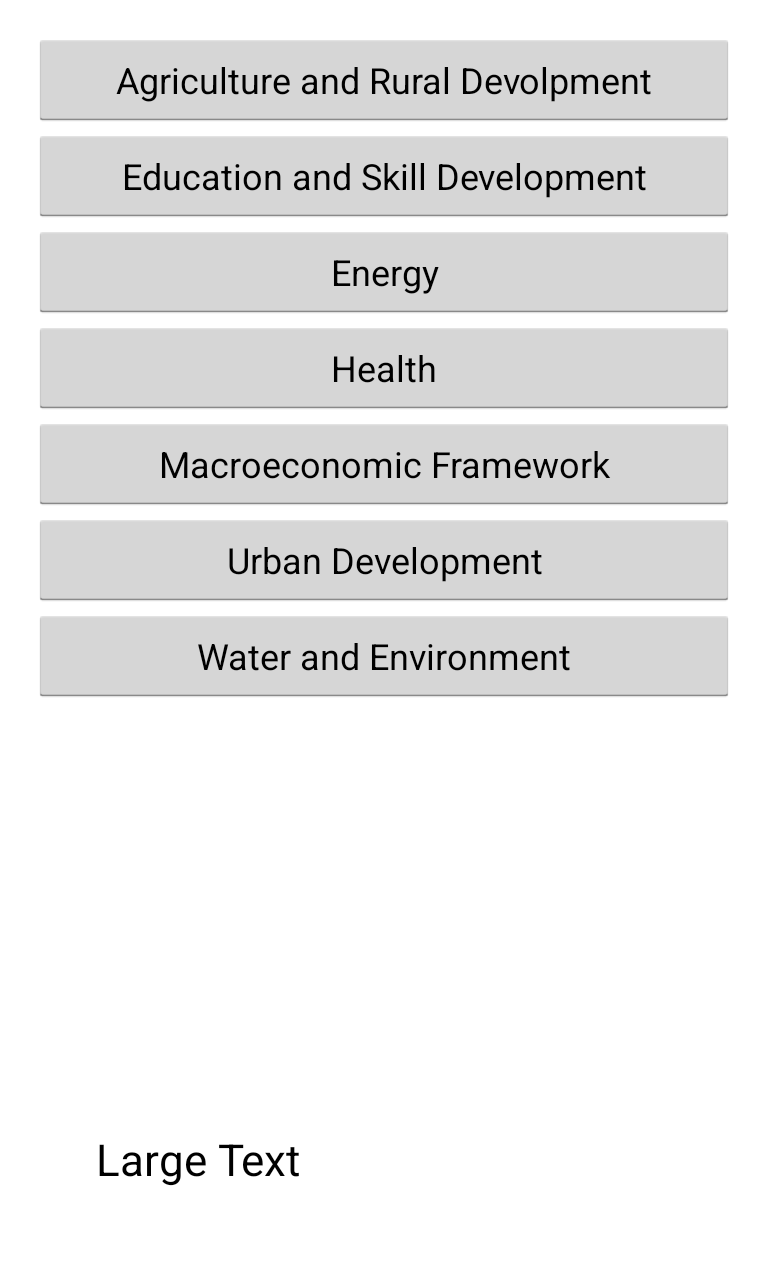
Repository: monisjaved/CalcAndroid
Layout: Main/res/layout/main.xml
The author's editor kept a copy of each file at every save. The layout is drawn from the files as they stood at one save, then again after the next save.
It is drawn on a 768 x 1280 px phone screen (xhdpi) without system bars, with theme AppTheme; the app's code is not run.

Above is the layout before, as saved 2013-04-06 22:24:24.

### Main/res/layout/main.xml
<RelativeLayout xmlns:android="http://schemas.android.com/apk/res/android"
    xmlns:tools="http://schemas.android.com/tools"
     android:layout_width="fill_parent"
    android:layout_height="fill_parent"
    android:paddingBottom="@dimen/activity_vertical_margin"
    android:paddingLeft="@dimen/activity_horizontal_margin"
    android:paddingRight="@dimen/activity_horizontal_margin"
    android:paddingTop="@dimen/activity_vertical_margin"
    tools:context=".Main" >

    <Button android:id="@+id/button1"
        android:layout_width="match_parent"
        android:layout_height="wrap_content"
        android:layout_centerHorizontal="true"
        android:text="@string/button1" >
    </Button>

    <Button android:id="@+id/button2"
        android:layout_width="match_parent"
        android:layout_height="wrap_content"
        android:layout_below="@+id/button1"
        android:layout_centerHorizontal="true"
        android:text="@string/button2" >
    </Button>

    <Button android:id="@+id/button3"
        android:layout_width="match_parent"
        android:layout_height="wrap_content"
        android:layout_alignRight="@+id/button2"
        android:layout_below="@+id/button2"
        android:text="@string/button3" >
    </Button>

    <Button android:id="@+id/button4"
        android:layout_width="match_parent"
        android:layout_height="wrap_content"
        android:layout_alignRight="@+id/button3"
        android:layout_below="@+id/button3"
        android:text="@string/button4" >
    </Button>

    <Button android:id="@+id/button5"
        android:layout_width="match_parent"
        android:layout_height="wrap_content"
        android:layout_alignLeft="@+id/button4"
        android:layout_below="@+id/button4"
        android:text="@string/button5" >
    </Button>

    <Button android:id="@+id/button6"
        android:layout_width="match_parent"
        android:layout_height="wrap_content"
        android:layout_alignLeft="@+id/button5"
        android:layout_below="@+id/button5"
        android:text="@string/button6" >
    </Button>

    <Button
        android:id="@+id/button7"
        android:layout_width="match_parent"
        android:layout_height="wrap_content"
        android:layout_alignRight="@+id/button6"
        android:layout_below="@+id/button6"
        android:text="@string/button7" >
    </Button>

    <TextView
        android:id="@+id/textView1"
        android:layout_width="wrap_content"
        android:layout_height="wrap_content"
        android:layout_alignLeft="@+id/button7"
        android:layout_alignParentBottom="true"
        android:layout_marginBottom="30dp"
        android:layout_marginLeft="32dp"
        android:text="Large Text"
        android:textAppearance="?android:attr/textAppearanceLarge" />

</RelativeLayout>

### Main/res/values/strings.xml
<?xml version="1.0" encoding="utf-8"?>
<resources>
    <string name="menu_settings">Hello World</string>
    <string name="hello">Hello World, MyActivity!</string>
    <string name="button1">Agriculture and Rural Devolpment</string>
    <string name="button2">Education and Skill Development</string>
    <string name="button3">Energy</string>
    <string name="app_name">Awaaz</string>
	<string name="button4">Health</string>
	<string name="button5">Macroeconomic Framework</string>
	<string name="button6">Urban Development</string>
	<string name="button7">Water and Environment</string>
</resources>

Loaded but not shown: Main/res/values/styles.xml (common file); Main/res/values-v11/styles.xml (common file); Main/res/values-v14/styles.xml (common file); Main/res/values/dimens.xml (common file)

After the next save:
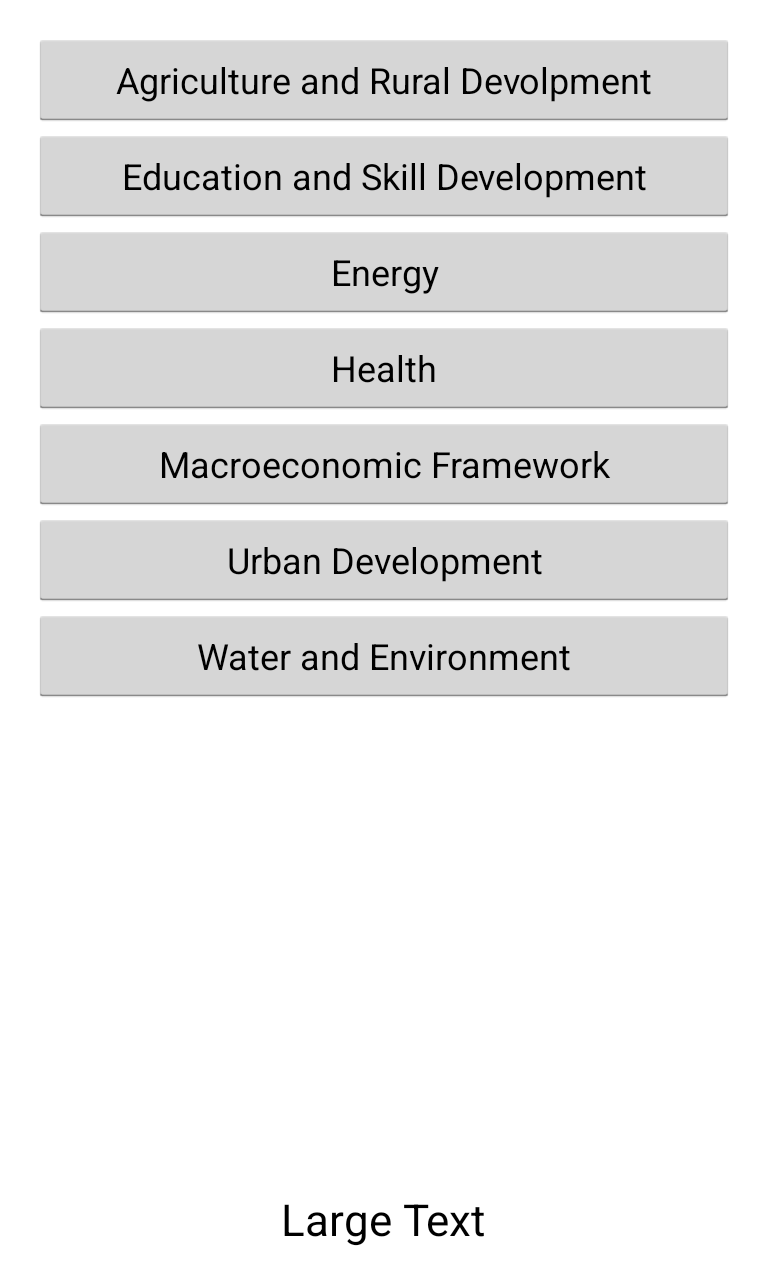
Saved 37 min 25 s later.
--- a/Main/res/layout/main.xml
+++ b/Main/res/layout/main.xml
@@ -7,13 +7,6 @@
     android:paddingRight="@dimen/activity_horizontal_margin"
     android:paddingTop="@dimen/activity_vertical_margin"
     tools:context=".Main" >
-
-    <Button android:id="@+id/button1"
-        android:layout_width="match_parent"
-        android:layout_height="wrap_content"
-        android:layout_centerHorizontal="true"
-        android:text="@string/button1" >
-    </Button>
 
     <Button android:id="@+id/button2"
         android:layout_width="match_parent"
@@ -64,14 +57,20 @@
         android:text="@string/button7" >
     </Button>
 
+    <Button
+        android:id="@+id/button1"
+        android:layout_width="match_parent"
+        android:layout_height="wrap_content"
+        android:layout_alignLeft="@+id/button2"
+        android:layout_alignParentTop="true"
+        android:text="@string/button1" />
+
     <TextView
         android:id="@+id/textView1"
         android:layout_width="wrap_content"
         android:layout_height="wrap_content"
-        android:layout_alignLeft="@+id/button7"
         android:layout_alignParentBottom="true"
-        android:layout_marginBottom="30dp"
-        android:layout_marginLeft="32dp"
+        android:layout_centerHorizontal="true"
         android:text="Large Text"
         android:textAppearance="?android:attr/textAppearanceLarge" />
 
